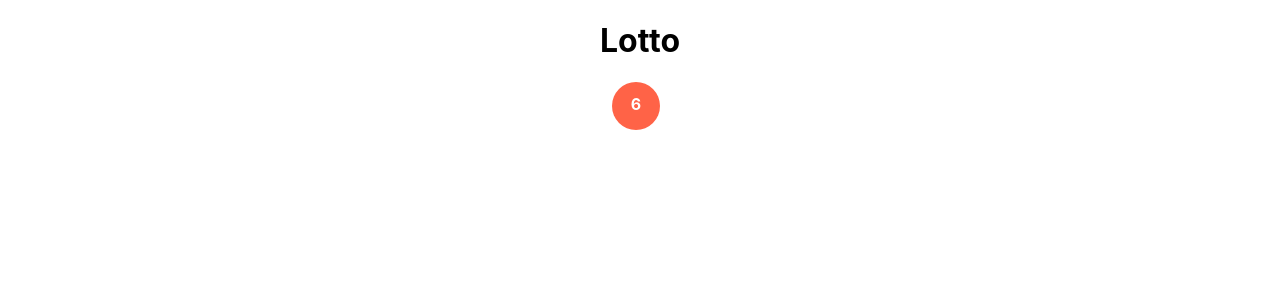
Repository: dung8466/learn-react
Page: / (app in lottery/)
These files come from the project's save history. The page is drawn as it stood at one moment and after a run of saves; the edit follows.
The browser window is 1280 px wide. The pictures show the whole page.
The project was rebuilt for these pictures with package versions that can differ from the ones it lists, and the page was loaded fresh each time. Also part of the build but not shown: lottery/src/Lotto.css.

Above is the page before, as saved 2022-09-18 20:38:53.

### lottery/src/App.js
import React, {Component} from 'react';
import './App.css';
import Lotto from './Lotto';
class App extends Component{
  render(){
    return (
      <div className="App">
        <Lotto />
      </div>
    );
  }
}

export default App;

### lottery/src/Lotto.js
import React, {Component} from "react";
import './Lotto.css';
import LotteryBall from "./LotteryBall";

class Lotto extends Component{
    static defaultProps = {
        title : 'Lotto',
        numBall : 6,
        maxNum: 99
    }
    constructor(props){
        super(props);
        this.state = {nums : []};
    }
    render(){
        return(
            <div className="lotto">
                <h1>{this.props.title}</h1>
                <LotteryBall nums={6}/>
            </div>
        );
    }
}

export default Lotto;

### lottery/src/LotteryBall.js
import React, {Component} from "react";
import './LotteryBall.css';

class LotteryBall extends Component{
    render(){
        return(
            <div className="ball">{this.props.nums}</div>
        );
    }
}

export default LotteryBall;

### lottery/src/LotteryBall.css
.ball{
    display: inline-block;
    background-color: tomato;
    color: white;
    border-radius: 50%;
    width: 3em;
    height: 2.25em;
    text-align: center;
    padding-top: 0.75em;
    margin-right: 0.5em;
    font-weight: bold;

}

Loaded but not shown: lottery/public/index.html (common file); lottery/src/index.js (common file); lottery/src/index.css (common file); lottery/src/reportWebVitals.js (common file); lottery/src/App.css (common file)

After the next 2 saves:
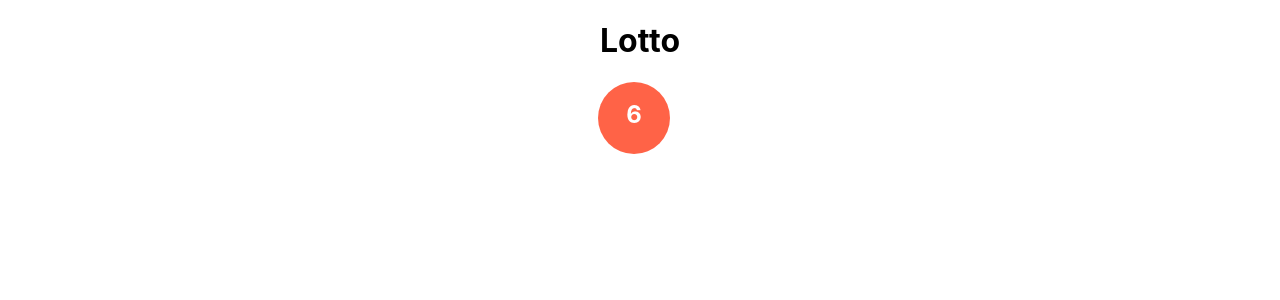
The 2 saves are shown as one change because they came seconds apart.
The last was saved 9 s later.
--- a/lottery/src/LotteryBall.css
+++ b/lottery/src/LotteryBall.css
@@ -9,5 +9,5 @@
     padding-top: 0.75em;
     margin-right: 0.5em;
     font-weight: bold;
-
+    font-size: 1.5em;
 }
